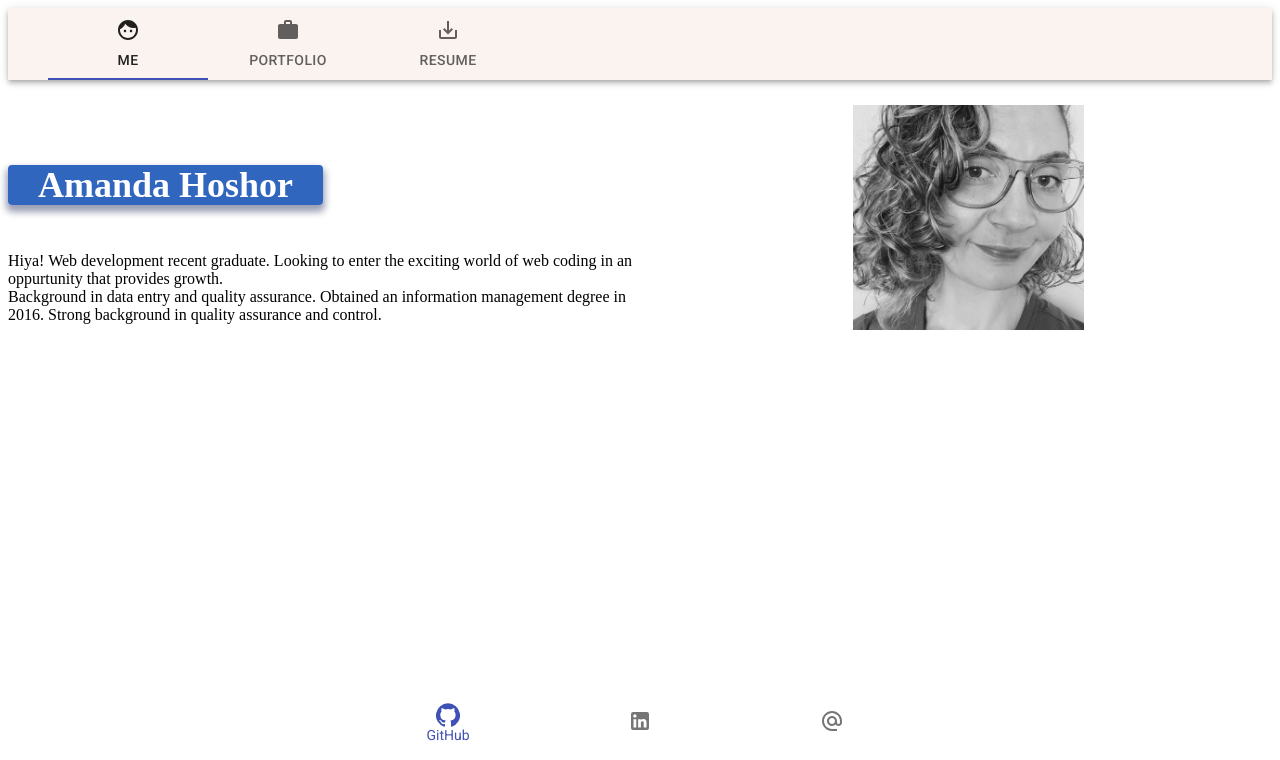
Repository: mandahos/hoshor
Page: /
The author's editor kept a copy of each file at every save. The page is drawn from the files as they stood at one save, then again after the next save.
The browser window is 1280 px wide. The pictures show the whole page.
The project was rebuilt for these pictures with package versions that can differ from the ones it lists, and the page was loaded fresh each time. Also part of the build but not shown: src/components/Portfolio/index.js, src/components/Resume/index.js. Imported but missing from the stored project, and not drawn on this page: src/assets/resume/Amanda_Hoshor_Resume.PDF, src/assets/resume/Resume_Hoshor (1).pdf.

Above is the page before, as saved 2021-08-22 09:03:27.

### public/index.html
<!DOCTYPE html>
<html lang="en">
  <head>
    <meta charset="utf-8" />
    <link rel="icon" href="%PUBLIC_URL%/favicon.ico" />
    <meta name="viewport" content="width=device-width, initial-scale=1" />
    <meta name="theme-color" content="#000000" />
    <meta
      name="description"
      content="Web site created using create-react-app"
    />
    <link rel="apple-touch-icon" href="%PUBLIC_URL%/logo192.png" />
    <link rel="stylesheet" href="https://fonts.googleapis.com/css?family=Roboto:300,400,500,700&display=swap" />

    <!--
      manifest.json provides metadata used when your web app is installed on a
      user's mobile device or desktop. See https://developers.google.com/web/fundamentals/web-app-manifest/
    -->

    <link rel="stylesheet" href="https://fonts.googleapis.com/icon?family=Material+Icons" />
    <link rel="manifest" href="%PUBLIC_URL%/manifest.json" />
    <!--
      Notice the use of %PUBLIC_URL% in the tags above.
      It will be replaced with the URL of the `public` folder during the build.
      Only files inside the `public` folder can be referenced from the HTML.

      Unlike "/favicon.ico" or "favicon.ico", "%PUBLIC_URL%/favicon.ico" will
      work correctly both with client-side routing and a non-root public URL.
      Learn how to configure a non-root public URL by running `npm run build`.
    -->
    <title>Hoshor</title>
  </head>
  <body>
    <noscript>You need to enable JavaScript to run this app.</noscript>
    <div id="root"></div>
    <!--
      This HTML file is a template.
      If you open it directly in the browser, you will see an empty page.

      You can add webfonts, meta tags, or analytics to this file.
      The build step will place the bundled scripts into the <body> tag.

      To begin the development, run `npm start` or `yarn start`.
      To create a production bundle, use `npm run build` or `yarn build`.
    -->
  </body>
</html>

### src/index.js
import React from 'react';
import ReactDOM from 'react-dom';
import './css/styles.css';
import App from './App';

ReactDOM.render(
  <React.StrictMode>
    <App />

  </React.StrictMode>,
  document.getElementById('root')
);

// If you want to start measuring performance in your app, pass a function
// to log results (for example: reportWebVitals(console.log))
// or send to an analytics endpoint. Learn more: https://bit.ly/CRA-vitals

### src/css/styles.css
.App {
  font-family: Arial, Helvetica, sans-serif;
  text-align: center;
  background-color: #7A6174;
  color: white
}
h1 {
  font-size: 48px;

}
h2 {
  font-size: 14px
}
.About {
  font-family: Cambria, Cochin, Georgia, Times, 'Times New Roman', serif
}
h3 {
  text-align: left;
}

p {
  text-align: left;
}

### src/App.js
import React, { useState } from "react";
import "./css/styles.css";
import  Navigation from "./components/Navigation";
import  Footer  from "./components/Footer";
import { makeStyles } from '@material-ui/core/styles';


// import background from "./assets/images/plug.png"


export default function App() {

  return (
    <div >
      <Navigation />



        <Footer />
    </div>
  )
}

### src/components/Navigation/index.js
import React from 'react';
import PropTypes from 'prop-types';
import { makeStyles } from '@material-ui/core/styles';
import AppBar from '@material-ui/core/AppBar';
import Tabs from '@material-ui/core/Tabs';
import Tab from '@material-ui/core/Tab';

import FaceIcon from '@material-ui/icons/Face';
import WorkIcon from '@material-ui/icons/Work';
import SaveAltIcon from '@material-ui/icons/SaveAlt';

import Typography from '@material-ui/core/Typography';
import Box from '@material-ui/core/Box';

import Me from '../Me/index'
import Portfolio from '../Portfolio/index'
import Resume from '../Resume/index'

function TabPanel(props) {
  const { children, value, index, ...other } = props;

  return (
    <div
      role="tabpanel"
      hidden={value !== index}
      id={`scrollable-force-tabpanel-${index}`}
      aria-labelledby={`scrollable-force-tab-${index}`}
      {...other}
    >
      {value === index && (
        <Box p={3}>
          <Typography>{children}</Typography>
        </Box>
      )}
    </div>
  );
}

TabPanel.propTypes = {
  children: PropTypes.node,
  index: PropTypes.any.isRequired,
  value: PropTypes.any.isRequired,
};

function a11yProps(index) {
  return {
    id: `scrollable-force-tab-${index}`,
    'aria-controls': `scrollable-force-tabpanel-${index}`,
  };
}

const useStyles = makeStyles((theme) => ({
  root: {
    flexGrow: 1,
    width: '100%',
    backgroundColor: '#f8edeb',
  },
  navBar:{
    backgroundColor: '#FAF3F0',

    textColor: "#2C2628"
  }
}));

export default function ScrollableTabsButtonForce() {
  const classes = useStyles();
  const [value, setValue] = React.useState(0);

  const handleChange = (event, newValue) => {
    setValue(newValue);
  };


  return (
    <>
      <div >
        <AppBar position="static" color="default">
          <Tabs
            value={value}
            onChange={handleChange}
            className= {classes.navBar}
            variant="scrollable"
            scrollButtons="on"
            indicatorColor="primary"
            // textColor="primary"
            aria-label="scrollable force tabs example"
          >

            <Tab label="Me" icon={<FaceIcon />} {...a11yProps(0)} />
            <Tab label="Portfolio" icon={<WorkIcon />} {...a11yProps(1)} />
            <Tab label="Resume" icon={<SaveAltIcon />} {...a11yProps(2)} />
          </Tabs>
        </AppBar>


        {value === 0 && <Me />}
        {value === 1 && <Portfolio />}
        {value === 2 && <Resume />}

      </div>
    </>
  );
}

### src/components/Footer/index.js
import React from 'react';
import { makeStyles } from '@material-ui/core/styles';
import BottomNavigation from '@material-ui/core/BottomNavigation';
import BottomNavigationAction from '@material-ui/core/BottomNavigationAction';
import LinkedInIcon from '@material-ui/icons/LinkedIn';
import GitHubIcon from '@material-ui/icons/GitHub';
import AlternateEmailIcon from '@material-ui/icons/AlternateEmail';
import CSS from './footer.css'

const useStyles = makeStyles({
  root: {
    width: 500,


  },
});

export default function LabelBottomNavigation() {
  const footer = useStyles();
  const [value, setValue] = React.useState('recents');

  const handleChange = (event, newValue) => {
    setValue(newValue);
  };

  return (
    <BottomNavigation value={value} onChange={handleChange} className={footer}>
      <BottomNavigationAction a href="https://github.com/mandahos" label="GitHub" value="recents" icon={<GitHubIcon />} />
      <BottomNavigationAction a href="https://www.linkedin.com/in/amanda-hoshor/" label="LinkedIn" value="favorites" icon={<LinkedInIcon />} />
      <BottomNavigationAction a href="mailto:hoshor.manda@gmail.com" label="Email" value="nearby" icon={<AlternateEmailIcon />} />

    </BottomNavigation>
  );
}

### src/components/Me/index.js
import React from 'react';
import {
  Container,
  Stack,
  Flex,
  Box,
  Heading,
  Text,
  Image

} from '@chakra-ui/react';
import { makeStyles } from '@material-ui/core/styles';


import picture from '../../assets/images/portfolio.jpg'

const useStyles = makeStyles({
  header: {
    background: '#3066BE',
    border: 0,
    borderRadius: 4,
    boxShadow: '0 5px 7px 2px #9b9fb5',
    color: 'white',
    height: 48,
    padding: '0 30px',

  },
  textBox: {
    background: '#6D9DC5'
  }

});

const Me = () => {
  const classes = useStyles();
  return (

    <Container maxW={'7xl'} >
      <Stack
        align={'center'}
        spacing={{ base: 8, md: 10 }}
        py={{ base: 20, md: 28 }}
        direction={{ base: 'column', md: 'row' }}
        >

        <Stack flex={1} spacing={{ base: 5, md: 10 }}>
          <Heading
            lineHeight={1.1}
            fontWeight={800}
            fontSize={36}

            >
            <Text
              as={'span'}
              position={'relative'}
              _after={{
                content: "''",
                width: 'full',
                height: '80%',
                position: 'absolute',
                bottom: 1,
                left: 0,
                bg: 'red.400',
                zIndex: -1,


              }}
              className={classes.header}>
              Amanda Hoshor
            </Text>
            <br />

          </Heading>
          <Text color={'black.500'}>
            Hiya! Web development recent graduate. Looking to enter the exciting world of web coding in an oppurtunity that provides growth.
            <br/>
            Background in data entry and quality assurance. Obtained an information management degree in 2016. Strong background in quality assurance and control.
          </Text>
          <Stack
            spacing={{ base: 4, sm: 6 }}
            direction={{ base: 'column', sm: 'row' }}>

          </Stack>
        </Stack>
        <Flex
          flex={1}
          justify={'center'}
          align={'center'}
          position={'relative'}
          w={'full'}>

          <Box
            position={'relative'}
            height={'300px'}
            rounded={'2xl'}
            boxShadow={'2xl'}
            width={'full'}
            overflow={'hidden'}>

            <Image
              alt={'Me'}
              fit={'cover'}
              align={'center'}
              padding={'25px'}
              w={'100%'}
              h={'75%'}
              src={
                picture
              }

            />
          </Box>
        </Flex>
      </Stack>
    </Container>
  );
}

export default Me;

### src/components/Footer/footer.css
.root {
    display: block;
    margin-left: auto;
    margin-right: auto;
    margin-top: 25%;
    justify-content: center;
    position: relative;
    bottom: 0;

}

After the next save:
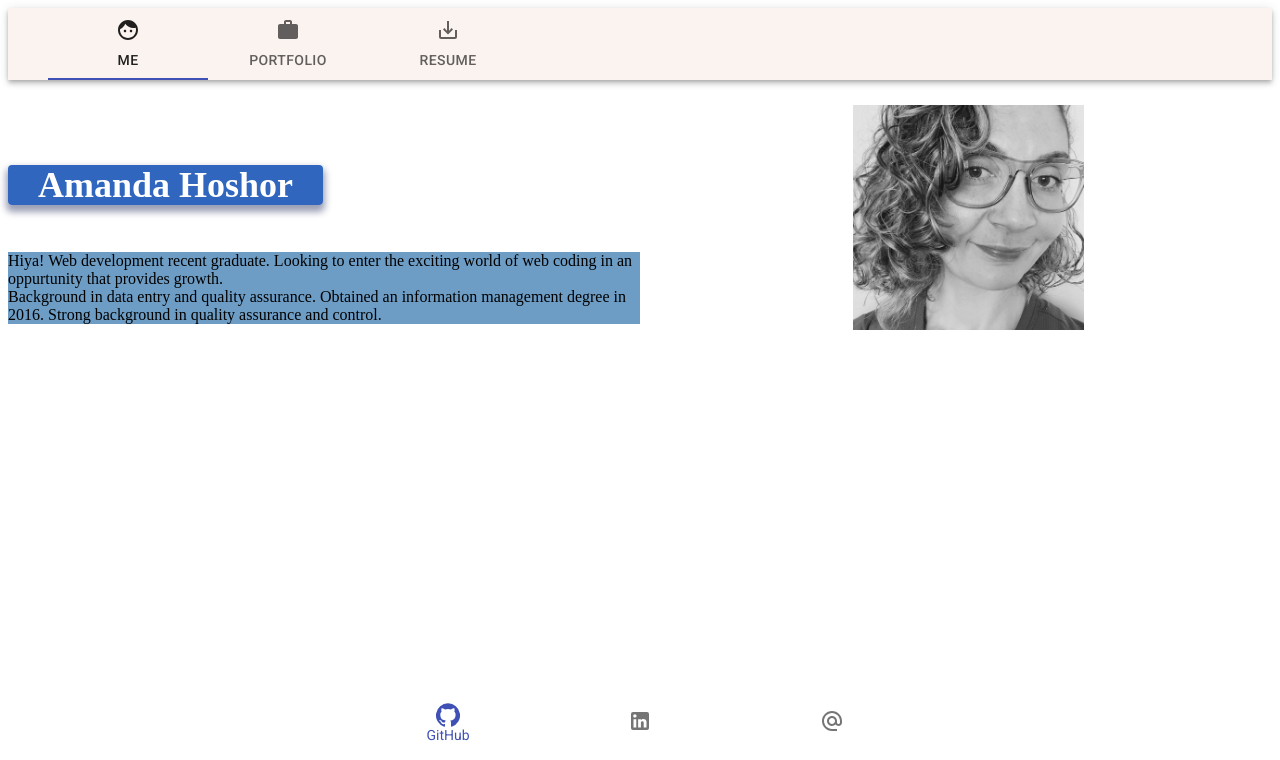
Saved 22 s later.
--- a/src/components/Me/index.js
+++ b/src/components/Me/index.js
@@ -71,7 +71,7 @@ const Me = () => {
             <br />
 
           </Heading>
-          <Text color={'black.500'}>
+          <Text color={'black.500'} className={classes.textBox}>
             Hiya! Web development recent graduate. Looking to enter the exciting world of web coding in an oppurtunity that provides growth.
             <br/>
             Background in data entry and quality assurance. Obtained an information management degree in 2016. Strong background in quality assurance and control.
